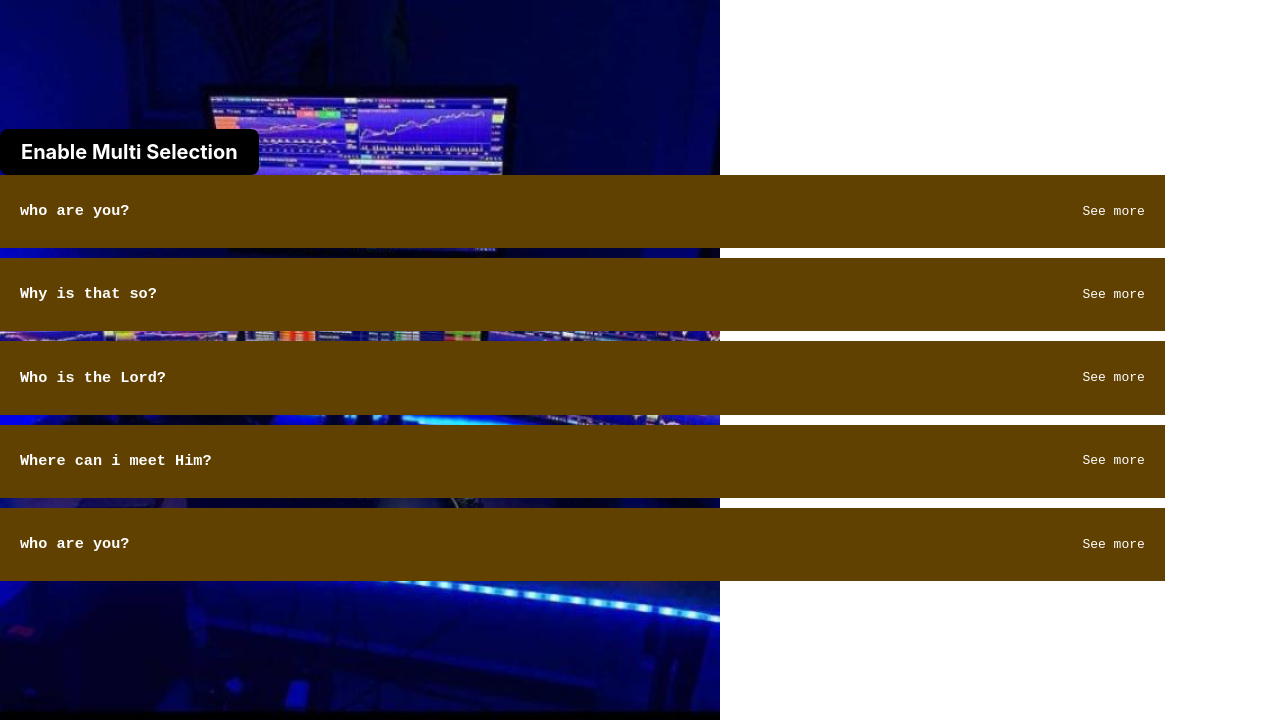
Repository: profbkmurage/reactprojectsBK
Page: /
The author's editor kept a copy of each file at every save. The page is drawn from the files as they stood at one save, then again after a run of saves.
The browser window is 1280 px wide. The pictures show the whole page.
The project was rebuilt for these pictures with package versions that can differ from the ones it lists, and the page was loaded fresh each time. Also part of the build but not shown: vite.config.js.

Above is the page before, as saved 2025-02-23 10:13:35.

### src/App.jsx
import Accordian from './components/accordian'

function App () {
  return <Accordian />
}
export default App

### src/components/accordian/index.jsx
import { useState } from 'react'
import data from './data.js'
import './style.css'

export default function Accordian () {
    const [selected, setSelected] = useState(null) //keeps track of a sigle selected item
     const [enableMultipleSelection, setEnableMultipleSelection] = useState(false)
    const [multipleSelection, setMultipleSelection] = useState([])//keeps track of multiple selected item.

  function handleSigleSelection (getCurrentId) {
    setSelected(getCurrentId === selected ? null : getCurrentId) //if the current id is already selected, it will not display it twice otherwise it will display it
  }

  function handleMultiSelection (getCurrentId) {
    let copyMultiple = [...multipleSelection]
    const findIndexOfCurrentId = copyMultiple.indexOf(getCurrentId)
    if (findIndexOfCurrentId === -1) copyMultiple.push(getCurrentId)
    else copyMultiple.splice(findIndexOfCurrentId, 1)

    setMultipleSelection(copyMultiple)
  }
//   console.log(selected, multipleSelection)
  return (
    <div className='wrapper'>
      <button
        onClick={() => setEnableMultipleSelection(!enableMultipleSelection)}
      >
        Enable Multi Selection
      </button>
      <div className='accordian'>
        {data && data.length > 0 ? (
          data.map(dataItem => (
            <div key={dataItem.id} className='item'>
              <div
                onClick={
                  enableMultipleSelection
                    ? () => handleMultiSelection(dataItem.id)
                    : () => handleSigleSelection(dataItem.id)
                } //we check to see if the multiselction mode is enabled and use its funtion otherwise we use the single selection mode
                className='title'
              >
                <h3>{dataItem.question}</h3>
                <span>See more</span>
              </div>
              {selected === dataItem.id ||
              multipleSelection.indexOf(dataItem.id) !== -1 ? (
                <div className='content'>{dataItem.answer}</div>
              ) : null}
            </div>
          ))
        ) : (
          <div>No data found</div>
        )}
      </div>
    </div>
  )
}

### src/components/accordian/data.js
const data = [
    {
        id: '1',
        question: 'who are you?',
        answer: 'i am whom the Lord says i am'
    },
    {
        id: '2',
        question: 'Why is that so?',
        answer: 'i am whom the Lord says i am'
    },
    {
        id: '3',
        question: 'Who is the Lord?',
        answer: 'i am whom the Lord says i am'
    },
    {
        id: '4',
        question: 'Where can i meet Him?',
        answer: 'i am whom the Lord says i am'
    },
    {
        id: '5',
        question: 'who are you?',
        answer: 'i am whom the Lord says i am'
    }
];

export default data;

### src/components/accordian/style.css
body {
    overflow: hidden;
    background-image: url(../../assets/coding.jpg);
    background-repeat: no-repeat;
    background-size: 100vh;
}

\src\assets\coding.jpg
.wrapper {
    display: flex;
    height: 100vh;
    width: 100vw;
    justify-content: center;
    align-items: center;
    flex-direction: column;
    gap: 20px;
}

.wrapper button {
    cursor: pointer;
    font-weight: bold;
    font-size: 20px;
    color: white;
    background-color: black;
    padding: 10px 20px;
}

.accordian {
    width: 91vw;
}

.item {
    background: #614101;
    margin-bottom: 10px;
    padding: 10px 20px;
    font-family: monospace;
}

.title {
    color: #fff;
    display: flex;
    justify-content: space-between;
    align-items: center;
    cursor: pointer;
}

.content {
    color: white;
    height: auto;
}

Loaded but not shown: index.html (common file); src/main.jsx (common file); src/index.css (common file)

After the next 2 saves:
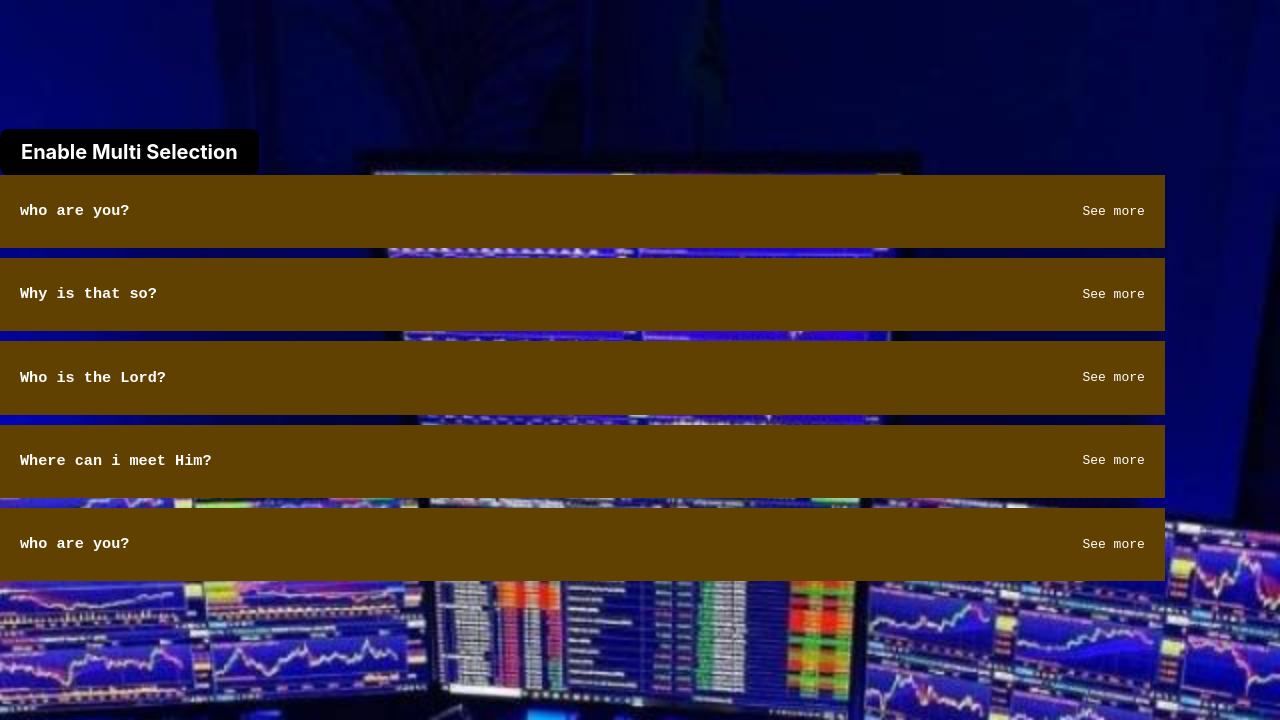
The 2 saves are shown as one change because they came seconds apart.
The last was saved 7 s later.
--- a/src/components/accordian/style.css
+++ b/src/components/accordian/style.css
@@ -2,7 +2,7 @@ body {
     overflow: hidden;
     background-image: url(../../assets/coding.jpg);
     background-repeat: no-repeat;
-    background-size: 100vh;
+    background-size: 100vw;
 }
 
 \src\assets\coding.jpg
